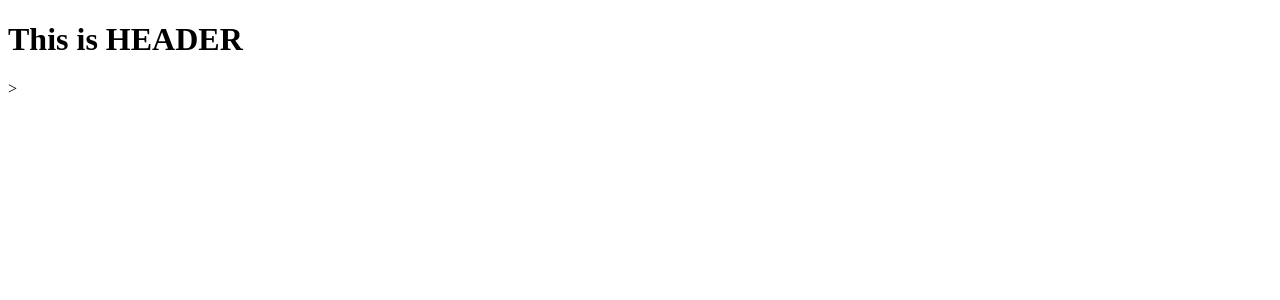
Repository: DGFrance/Java-Servlet
Page: project2-exercise/SimpleServlet/WebContent/TestPage.html
An editor plug-in stored every save of this project. The page is shown before and after the next save, followed by the edit.
The browser window is 1280 px wide. The pictures show the whole page.

Above is the page before, as saved 2017-04-20 03:52:03.

### project2-exercise/SimpleServlet/WebContent/TestPage.html
<!DOCTYPE html>
<html>
<head>
<meta charset="ISO-8859-1">
<title>Insert title here</title>
</head>
<body>
<h1>This is HEADER</h1>>
</body>
</html>

After the next save:
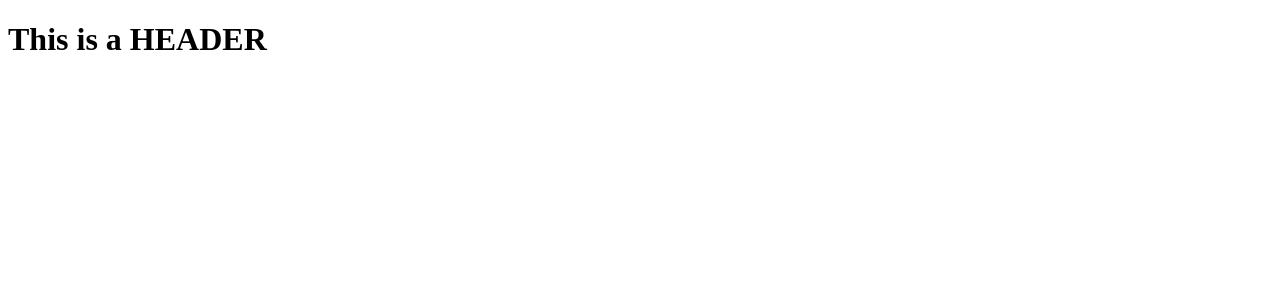
Saved 58 s later.
--- a/project2-exercise/SimpleServlet/WebContent/TestPage.html
+++ b/project2-exercise/SimpleServlet/WebContent/TestPage.html
@@ -5,6 +5,6 @@
 <title>Insert title here</title>
 </head>
 <body>
-<h1>This is HEADER</h1>>
+<h1>This is a HEADER</h1>
 </body>
 </html>
